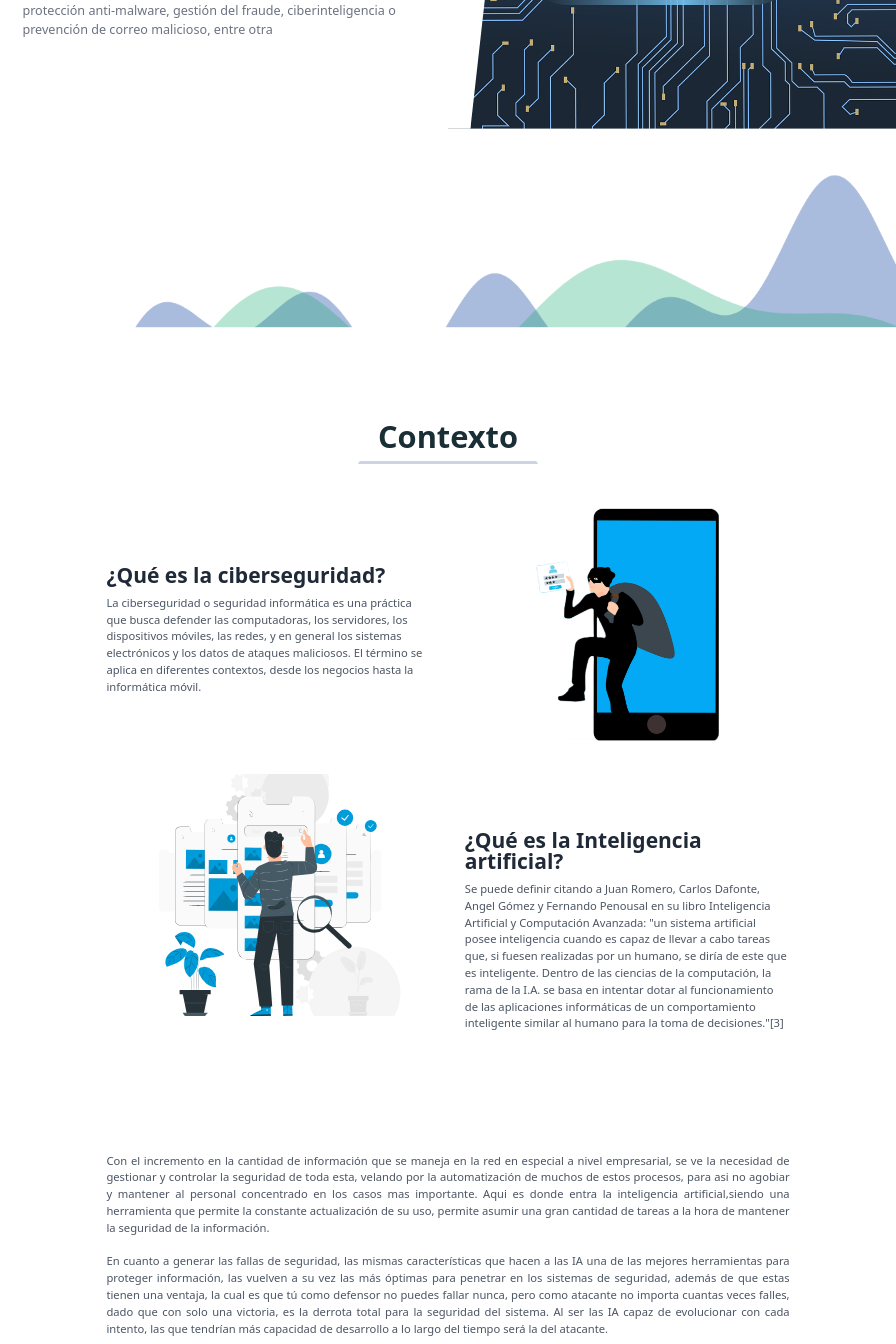
Repository: cardacar/fdi-2022
Page: /
The author's editor kept a copy of each file at every save. The page is drawn from the files as they stood at one save, then again after the next save.
The browser window is 1280 px wide. The pictures show the part of the page from y = 674 to 2594 px (the page is 5570 px tall before and 5882 px after), at 70% of full size.
The project was rebuilt for these pictures with package versions that can differ from the ones it lists, and the page was loaded fresh each time. The framework's server and built-in components were replaced by stand-ins that run in the browser. Also part of the build but not shown: next.config.js.

Above is the page before, as saved 2022-08-07 16:23:49.

After the next save:
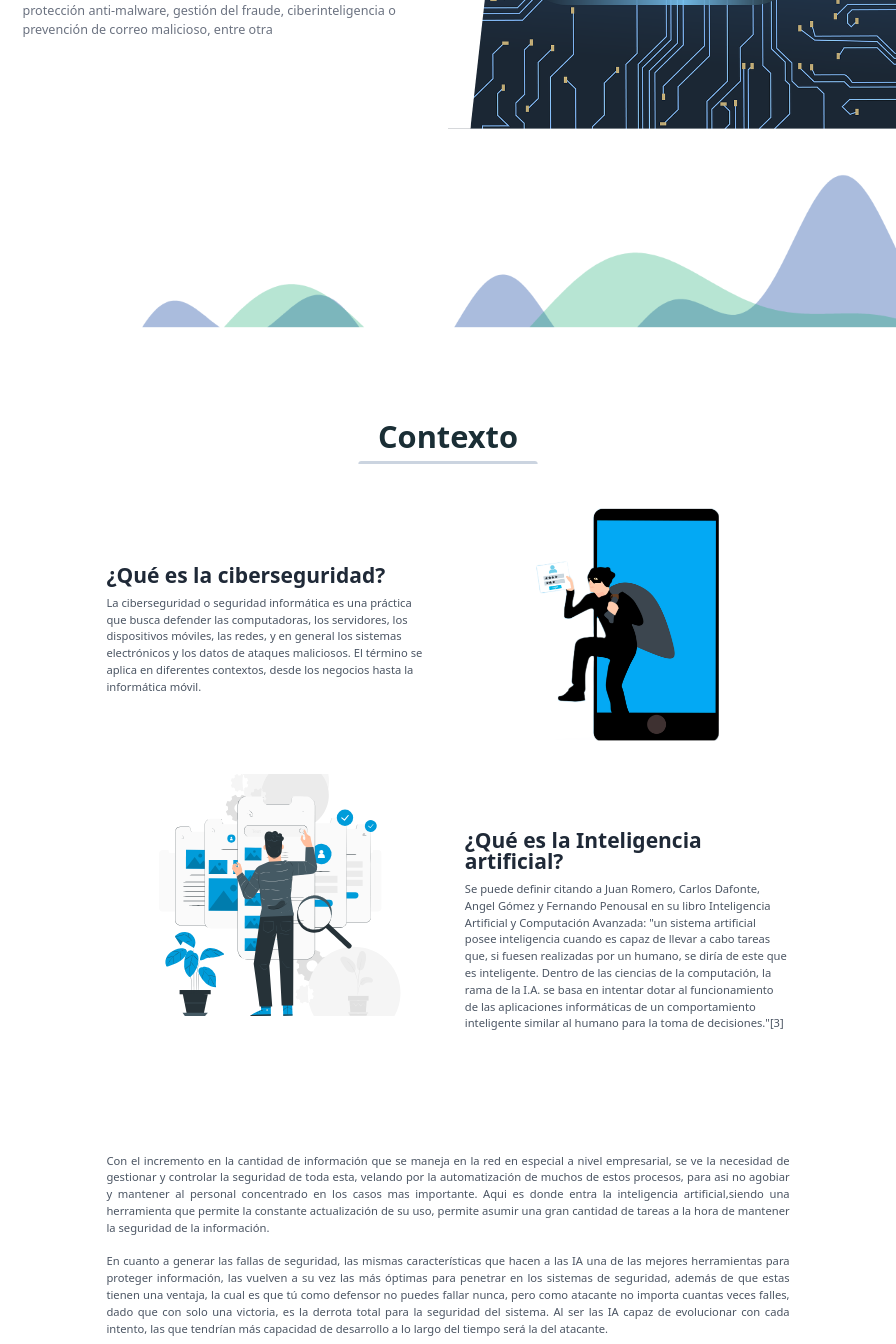
Saved 52 s later.
--- a/src/components/Problema.tsx
+++ b/src/components/Problema.tsx
@@ -1,6 +1,6 @@
-import React from 'react';
+import React from "react";
 
-import config from '../config/index.json';
+import config from "../config/index.json";
 
 const Problema = () => {
   const { features } = config;
@@ -18,7 +18,24 @@ const Problema = () => {
             Problema
           </p>
           <p className="mt-4 max-w-2xl text-xl text-gray-500 lg:mx-auto">
-            {description}
+            En el año 2021 se presentaron 41 billones de intentos de ataques
+            cibernéticos en el mundo y siete billones en Colombia. De acuerdo
+            con el último informe presentado por la Fiscalía General de la
+            Nación, en Colombia en el año 2021 el número de ataques cibernéticos
+            aumentó en un 30%, comparado con el año anterior. Si bien, las
+            compañías y entidades oficiales han venido trabajando fuertemente en
+            estrategias tendientes a robustecer las medidas de ciberseguridad,
+            estas no han sido suficientes, ya que casos como el secuestro de
+            información o la afectación de datos a entidades, aún continúan
+            presentándose y han ocasionado grandes pérdidas económicas para las
+            organizaciones, ya que estas han tenido que efectuar cuantiosos
+            pagos frente a este tipo extorsiones a los cibercriminales.
+            <br></br>
+            <br></br>
+            Los cibercrímenes generan cada vez más rentabilidad para los
+            atacantes y en este sentido, si no existen herramientas para
+            contrarrestarlos y estar protegidos, seguirá creciendo la curva de
+            ciberataques para empresas y entidades de gobierno.
           </p>
         </div>
 
